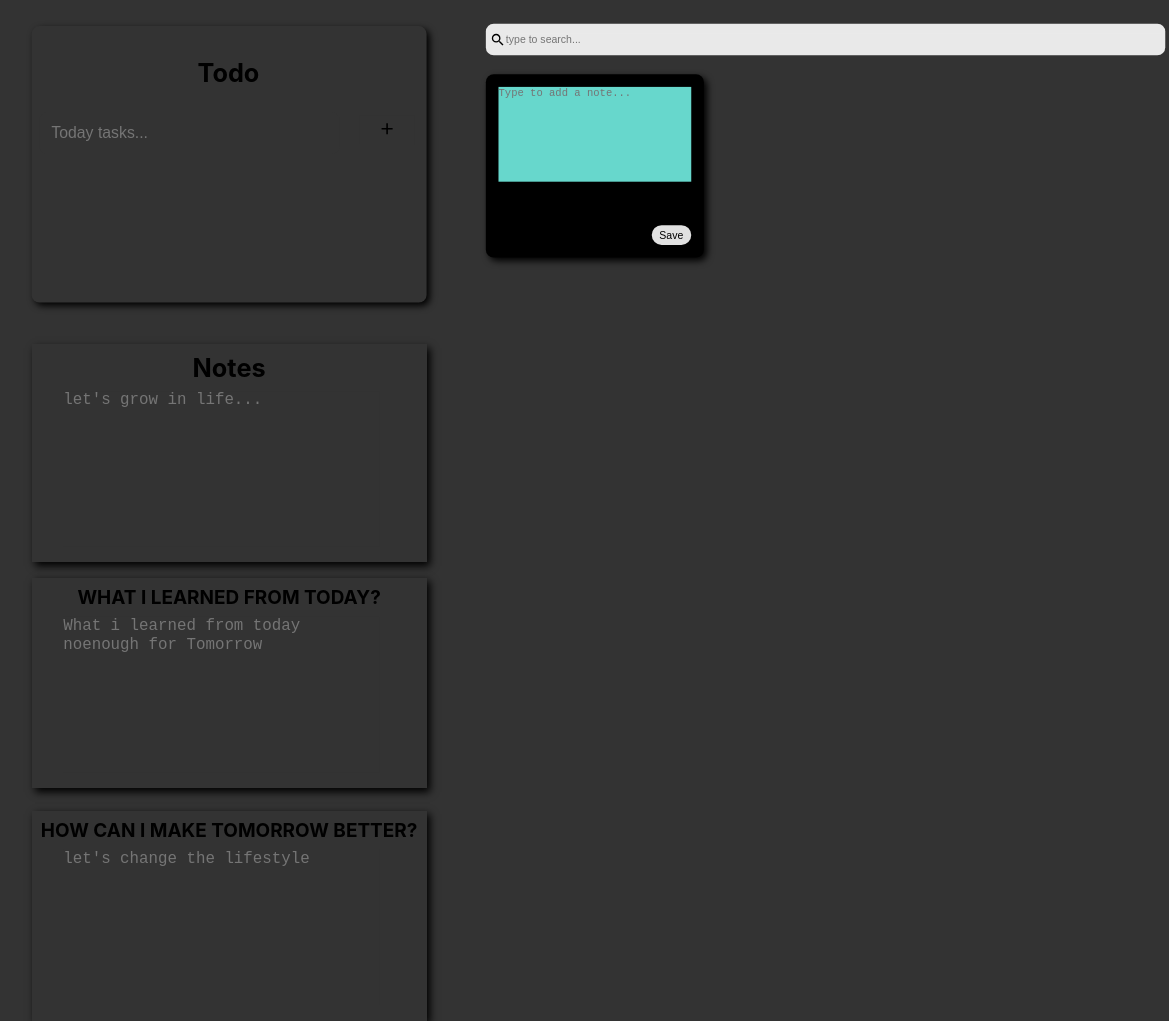
Repository: subhamRsahoo/note
Page: /
The author's editor kept a copy of each file at every save. The page is drawn from the files as they stood at one save, then again after the next save.
The browser window is 1280 px wide. The page is 1480 px wide, so the pictures cover 1480 px, including what lies to the right of the window. The pictures show the whole page, at 79% of full size.
The project was rebuilt for these pictures with package versions that can differ from the ones it lists, and the page was loaded fresh each time. Also part of the build but not shown: src/components/New folder/components/Note.js.

Above is the page before, as saved 2021-07-15 18:10:58.

### public/index.html
<!DOCTYPE html>
<html lang="en">
  <head>
    <meta charset="utf-8" />
    <link rel="icon" href="%PUBLIC_URL%/favicon.ico" />
    <meta name="viewport" content="width=device-width, initial-scale=1" />
    <meta name="theme-color" content="#000000" />
    <meta
      name="description"
      content="Web site created using create-react-app"
    />
    <link rel="apple-touch-icon" href="%PUBLIC_URL%/logo192.png" />
    <link rel="manifest" href="%PUBLIC_URL%/manifest.json" />


    <!-- <link rel="stylesheet" href="https://cdnjs.cloudflare.com/ajax/libs/font-awesome/5.15.3/css/font-awesome.min.css"/> -->

    <!-- <link rel="stylesheet" href="https://bootswatch.com/4/materia/bootstrap.com"/> -->

    <title>React App</title>
  </head>
  <body>
    <noscript>You need to enable JavaScript to run this app.</noscript>
    <div id="root"></div>
  </body>
</html>

### src/App.js
import React from 'react'
import Hub from './components/Hub';
import Hub1 from './components/aaaa/Hub1';
import A from './components/New folder/A';

function App() {
    return (
        <div>
            <Hub/>
            <Hub1/>
            <A/>
        </div>
    )
}

export default App

### src/components/Hub.js
import React , {useState , useEffect}from "react";
import Header from "./Header";
import Form from "./Form";
import TodoList from "./TodoList";
import './App.css';


const Hub = () => {
  const initalState = JSON.parse(localStorage.getItem("todos")) || [];
  const [input ,setInput] = useState("");
  const [todos ,setTodos] = useState(initalState);
  const [editTodo , setEditTodo] = useState(null);

  useEffect(() => {
    localStorage.setItem("todos" , JSON.stringify(todos))
  }, [todos]);
  return (
    <div className="container">
      <div className="app-wrapper">
        <div>
          <Header/>
        </div>
        <div>
          <Form
          input={input}
          setInput={setInput}
          todos={todos}
          setTodos={setTodos}
          editTodo={editTodo}
          setEditTodo={setEditTodo}
          />
        </div>
        <div>
          <TodoList todos={todos} setTodos={setTodos} setEditTodo={setEditTodo}/>
        </div>
      </div>
    </div>

  );
}

export default Hub;

### src/components/aaaa/Hub1.js
import React, { Component } from 'react';
import FormDataComponent from './components/form-data.component';
class  Hub1 extends Component {
  render() {
    return (
      <div >
        <FormDataComponent />
      </div>
    );
  }
}

export default Hub1;

### src/components/New folder/A.js
import React from 'react';
import './index.css';
import App from './App';


function A() {
    return (
        <div>
            <App />
        </div>
    )
}

export default A

### src/components/Header.js
import React from 'react'

function Header() {
    return (
        <div className="header">
            <h1>Todo</h1>
        </div>
    )
}

export default Header

### src/components/Form.js
import React , {useEffect} from 'react'
import {v4 as uuidv4} from "uuid";
import AddIcon from '@material-ui/icons/Add';

 const Form =({input , setInput , todos , setTodos , editTodo , setEditTodo }) => {
     const updateTodo = (title , id, completed) =>
     {
         const newTodo = todos.map((todo)=>

             todo.id === id ? {title,id, completed} : todo
         )
         setTodos(newTodo);
         setEditTodo("");
     }
     useEffect(() =>
     {
         if(editTodo)
         {
             setInput(editTodo.title);
         }else{
             setInput("")
         }
     }, [setInput , editTodo]);

     const onInputChange= (event) =>
     {
       setInput(event.target.value);
     };

     const onFormSubmit = (event) =>
     {
        event.preventDefault();
        if(!editTodo){
            setTodos([...todos , {id:uuidv4(), title: input , completed: false}]);
            setInput("");
        }else{
            updateTodo(input , editTodo.id , editTodo.completed)
        }
     }
    return (
       <form onSubmit={onFormSubmit}>
           <input type="text" placeholder="Today tasks... " className="task-input"
           value={input} required onChange={onInputChange} limit={3}/>
           <button type="submit" className="Add">
            <AddIcon/>
           </button>
       </form>
    )
}

export default Form

### src/components/TodoList.js
import React from 'react'
import DoneIcon from '@material-ui/icons/Done';
import EditIcon from '@material-ui/icons/Edit';
import DeleteIcon from '@material-ui/icons/Delete';

const TodoList = ({todos , setTodos , setEditTodo}) => {

    const handleDelete = ({id}) =>
    {
        setTodos(todos.filter((todo) => todo.id !== id));
    }

    const handleComplete = (todo) =>
    {
        setTodos(
            todos.map((item) => {
                if(item.id === todo.id){
                    return {...item , completed: !item.completed};
                }
                return item
            })
        )
    }

    const handleEdit =({id}) =>{
        const findTodo = todos.find((todo) => todo.id === id);
        setEditTodo(findTodo);
    };
    return (
        <div>
           {todos.map((todo) => (
               <li className="list-item"  key={todo.id}>
                   <input type="text"
                     value={todo.title}
                     className={`list ${todo.completed ? "complete" : "" }`}
                     onChange={(event)=> event.preventDefault()}
                   />
                   <div>
                       <button className="button-complete task-button" onClick={() => handleComplete(todo)}>
                          <i><DoneIcon/></i>
                       </button>
                       <button className="button-edit task-button" onClick={()=> handleEdit(todo)}>
                          <i><EditIcon/></i>
                       </button>
                       <button className="button-delete task-button"  onClick={()=> handleDelete(todo)}>
                          <i><DeleteIcon/></i>
                       </button>
                   </div>
               </li>
           ))}
        </div>
    );
}

export default TodoList;

### src/components/App.css
::-webkit-scrollbar {
  width: 9px;
}
::-webkit-scrollbar-thumb {
  background-color: #a8a8a8;
}
::-webkit-scrollbar-thumb:hover {
  background: #828282;
}
::-webkit-scrollbar-track {
  background: #cccccc;
}

body {
  font-family: -apple-system, BlinkMacSystemFont, 'Segoe UI', 'Roboto', 'Oxygen',
    'Ubuntu', 'Cantarell', 'Fira Sans', 'Droid Sans', 'Helvetica Neue',
    sans-serif;
  -webkit-font-smoothing: antialiased;
  -moz-osx-font-smoothing: grayscale;
  background: #333;
}

code {
  font-family: source-code-pro, Menlo, Monaco, Consolas, 'Courier New',
    monospace;
}


*
{
  margin: 0;
  padding: 0;
}

.container
{
  margin-top: 10px;
  width: 100%;
  min-height: 55vh;
  display: grid;
  justify-content: left;
  /* margin-left: 40px; */
  right: 500px;
  align-items: center;
  position: relative;
  box-sizing: border-box;
  left: 40px;
}

.app-wrapper
{
  background-color: #333;
  width: 500px;
  min-height: 350px;
  padding: 10px;
  box-sizing: border-box;
  border-radius: 10px;
  box-shadow: 4px 4px 10px #000;
  /* margin-bottom: 150px; */

}

.header h1
{
  color: black;
  text-align: left;
  margin: 30px 0;
  margin-left: 200px;
}

.task-input
{
  outline: none;
  width: 350px;
  padding: 15px;
  margin-right: 25px;
  font-size: 20px;
  color: white;
  background-color: #333;
  border: none;
  border-radius: 10px;
}

.task-input:hover
{
  box-shadow: 6px 4px 10px #000;
}

.Add
{
  width: 70px;
  padding: 5px 5px;
  border: 0;
  cursor: pointer;
  border-style: transparent;
  background-color: #333;
}

.Add:hover
{
  border-radius: 10px;
  box-shadow: 6px 4px 10px #000;
}

.list-item
{
  display: flex;
  margin: 20px 0;
  border: none;
  border-radius: 10px;
  padding: 7px;
  max-height: 20px;
}

.list-item:hover
{
  box-shadow: 6px 4px 10px #000;
}

.button-complete,
.button-delete,
.button-edit
{
  border: none;
  outline: none;
  cursor: pointer;
  background-color: transparent;
  font-size: 20px;
  border-radius: 50%;
}

.button-complete
{
  color: #ff6c6c;
  margin-right: 10px;
  margin-left: 70px;
}

.button-edit
{
  color: #e2d029;
  margin-right: 10px;
}

.button-delete
{
  color: lightseagreen;
}

.complete
{
  text-decoration-style: solid;
  text-decoration-line: line-through;
  text-decoration-color: #ff6c6c;
  opacity: 0.6;
}

.list
{
  width: 250px;
  background-color: #333;
  border: none;
  color: wheat;
  font-size: 20px;
  padding-left: 10px;
  margin-right: 15px;
}

input:focus,
button:focus
{
  outline: none;
}

@media screen and (max-width:768px)
{
  .container
  {
    left : 120px;
  }
  .app-wrapper
  {

    min-width: 400px;
    min-height: 260px;
    /* margin-top: 15px; */
  }
}

@media screen and (max-width:540px)
{
  .container
  {
    left: 40px;
  }
}

@media screen and (max-width: 1020px)
{
  .app-wrapper
  {
    min-width: 200px;
    min-height: 260px;
    margin-top: 15px;
  }
}

### src/components/New folder/index.css
body {
	margin: 0;
	font-family: -apple-system, BlinkMacSystemFont, 'Segoe UI',
		'Roboto', 'Oxygen', 'Ubuntu', 'Cantarell', 'Fira Sans',
		'Droid Sans', 'Helvetica Neue', sans-serif;
	-webkit-font-smoothing: antialiased;
	-moz-osx-font-smoothing: grayscale;
}

code {
	font-family: source-code-pro, Menlo, Monaco, Consolas,
		'Courier New', monospace;
}

.header {
	display: flex;
	align-items: center;
	justify-content: space-between;
}


.container1 {
	display: grid;
	width: 850px;
	position: absolute;
	left: 600px;
	bottom: 340px;
	padding-right: 15px;
	padding-left: 15px;
	height: 350px;
	/* background-color:red; */
}

.notes-list {
	display: grid;
	grid-gap: 1rem;
	grid-template-columns: repeat(
		auto-fill,
		minmax(250px, 1fr)
	);
}

.note.new {
	background-color: #000;
	height: 200px;
	margin-bottom: 200px;
	box-shadow: 4px 4px 10px #000;
}

.note.new
{
	box-shadow: 4px 4px 10px #000;
}

textarea {
	border: none;
	resize: none;
	background-color: #67d7cc;
}

textarea:focus {
	outline: none;
}

.save {
	background-color: #e1e1e1;
	border: none;
	border-radius: 15px;
	padding: 5px 10px 5px 10px;
}

.save:hover {
	background-color: #ededed;
	cursor: pointer;
}

.note {
	background-color: #fef68a;
	border-radius: 10px;
	padding: 1rem;
	height: 200px;
	display: flex;
	flex-direction: column;
	justify-content: space-between;
	white-space: pre-wrap;
}

.note:hover
{
	box-shadow: 4px 4px 10px aqua;
}

.note-footer {
	display: flex;
	align-items: center;
	justify-content: space-between;
}

.delete-icon {
	cursor: pointer;
}

.search {
	display: flex;
	align-items: center;
	background-color: rgb(233, 233, 233);
	width: 850px;
	height: 30px;
	border-radius: 10px;
	padding: 5px;
	margin-bottom: 1.5em;
}

.search input {
	border: none;
	background-color: rgb(233, 233, 233);
	width: 100%;
}

.search input:focus {
	outline: none;
}

### src/components/New folder/App.js
import { useState, useEffect } from 'react';
import { nanoid } from 'nanoid';
import NotesList from './components/NotesList';
import Search from './components/Search';

const App = () => {
	const [notes, setNotes] = useState([
		// {
		// 	id: nanoid(),
		// 	text: 'This is my first note!',
		// 	date: '15/04/2021',
		// },
		// {
		// 	id: nanoid(),
		// 	text: 'This is my second note!',
		// 	date: '21/04/2021',
		// },
		// {
		// 	id: nanoid(),
		// 	text: 'This is my third note!',
		// 	date: '28/04/2021',
		// },
		// {
		// 	id: nanoid(),
		// 	text: 'This is my new note!',
		// 	date: '30/04/2021',
		// },
	]);

	const [searchText, setSearchText] = useState('');

	useEffect(() => {
		const savedNotes = JSON.parse(
			localStorage.getItem('react-notes-app-data')
		);

		if (savedNotes) {
			setNotes(savedNotes);
		}
	}, []);

	useEffect(() => {
		localStorage.setItem(
			'react-notes-app-data',
			JSON.stringify(notes)
		);
	}, [notes]);

	const addNote = (text) => {
		const date = new Date();
		const newNote = {
			id: nanoid(),
			text: text,
			date: date.toLocaleDateString(),
		};
		const newNotes = [...notes, newNote];
		setNotes(newNotes);
	};

	const deleteNote = (id) => {
		const newNotes = notes.filter((note) => note.id !== id);
		setNotes(newNotes);
	};

	return (
		<div >
			<div className='container1'>
				<Search handleSearchNote={setSearchText} />
				<NotesList
					notes={notes.filter((note) =>
						note.text.toLowerCase().includes(searchText)
					)}
					handleAddNote={addNote}
					handleDeleteNote={deleteNote}
				/>
			</div>
		</div>
	);
};

export default App;

### src/components/aaaa/components/design.css
.form
{
    width: 100%;
    height: 250px;
    display: grid;
    margin: 0;
    padding: 0;
}


.contain
{
    display: grid;
    width: 500px;
    left: 40px;
    top: 30px;
    bottom: 10px;
    box-shadow: 4px 4px 10px #000;
    position: relative;
    box-sizing: border-box;

}

.text1
{
    margin-top: 10px;
   width: 400px;
   height: 197px;
   margin-left: 40px;
   background-color: #333;
   border-style: none;
   color: white;
   border-style: none;
   font-size: 20px;
   margin-bottom: 20px;
}

.text1:hover
{
    box-shadow: 4px 4px 10px #000;
}

.contain h1
{
    margin-top: 10px;
   text-align: center;
}

/* .btn1
{
    background-color: #333;
    margin-left: 70px;
    text-decoration-color: white;
    border-style: none;
    color: white;
    cursor: pointer;
    margin-bottom: 10px;
    padding: 8px 8px;
    border-radius: 10px;
}

.btn1:hover
{
    box-shadow: 4px 4px 10px #000;
    padding: 8px 8px;
} */


.contain1
{
    width: 500px;
    top: 50px;
    left: 40px;
    box-shadow: 4px 4px 10px #000;
    position: relative;
    box-sizing: content-box;
    display: grid;
}

.text2
{
    margin-top: 10px;
    width: 400px;
    height: 197px;
    margin-left: 40px;
    background-color: #333;
    border-style: none;
    color: white;
    border-style: none;
    font-size: 20px;
    margin-bottom: 20px;
}

.text2:hover
{
    box-shadow: 4px 4px 10px #000;
}


.contain1 h2
{
    margin-top: 10px;
   text-align: center;
}

/* .btn2
{
    background-color: #333;
    margin-left: 70px;
    text-decoration-color: white;
    border-style: none;
    color: white;
    cursor: pointer;
    margin-bottom: 10px;
    padding: 8px 8px;
    border-radius: 10px;
}

.btn2:hover
{
    box-shadow: 4px 4px 10px #000;
    padding: 8px 8px;
} */

.contain2
{
   width: 500px;
    margin-top: 620px;
    margin-left: 40px;
    /* bottom: 630px; */
    box-shadow: 4px 4px 10px #000;
    position: absolute;
    box-sizing:border-box;
    display: grid;
}

.text3
{
    margin-top: 10px;
    width: 400px;
    height: 197px;
    margin-left: 40px;
    background-color: #333;
    border-style: none;
    color: white;
    border-style: none;
    font-size: 20px;
    margin-bottom: 20px;
}

.text3:hover
{
    box-shadow: 4px 4px 10px #000;
}


.contain2 h2
{
    margin-top: 10px;
   text-align: center;
}

/* .btn3
{
    background-color: #333;
    margin-left: 70px;
    text-decoration-color: white;
    border-style: none;
    color: white;
    cursor: pointer;
    margin-bottom: 10px;
    padding: 8px 8px;
    border-radius: 10px;
}

.btn3:hover
{
    box-shadow: 4px 4px 10px #000;
    padding: 8px 8px;
} */

@media screen and (max-width:768px)
{
    .contain
    {
        left: 80px;
    }
    .contain1
    {
        left: 80px;
    }
    .contain2
    {
        left: 80px;
    }
}

@media screen and (max-width: 540px)
{
    .contain
    {
        left: 0;
    }
    .contain1
    {
        left: 0px;
    }
    .contain2
    {
        left: 0px;
    }
}

### src/components/New folder/components/AddNote.js
import { useState } from 'react';

const AddNote = ({ handleAddNote }) => {
	const [noteText, setNoteText] = useState('');
	const characterLimit = 200;

	const handleChange = (event) => {
		if (characterLimit - event.target.value.length >= 0) {
			setNoteText(event.target.value);
		}
	};

	const handleSaveClick = () => {
		if (noteText.trim().length > 0) {
			handleAddNote(noteText);
			setNoteText('');
		}
	};

	return (
		<div className='note new'>
			<textarea
				rows='8'
				cols='10'
				placeholder='Type to add a note...'
				value={noteText}
				onChange={handleChange}
			></textarea>
			<div className='note-footer'>
				<small>
					{characterLimit - noteText.length} Remaining
				</small>
				<button className='save' onClick={handleSaveClick}>
					Save
				</button>
			</div>
		</div>
	);
};

export default AddNote;

Loaded but not shown: src/index.js (common file); src/components/New folder/components/NotesList.js (common file); src/components/New folder/components/Search.js (common file); src/components/aaaa/components/form-data.component.js (90 lines, source omitted)

After the next save:
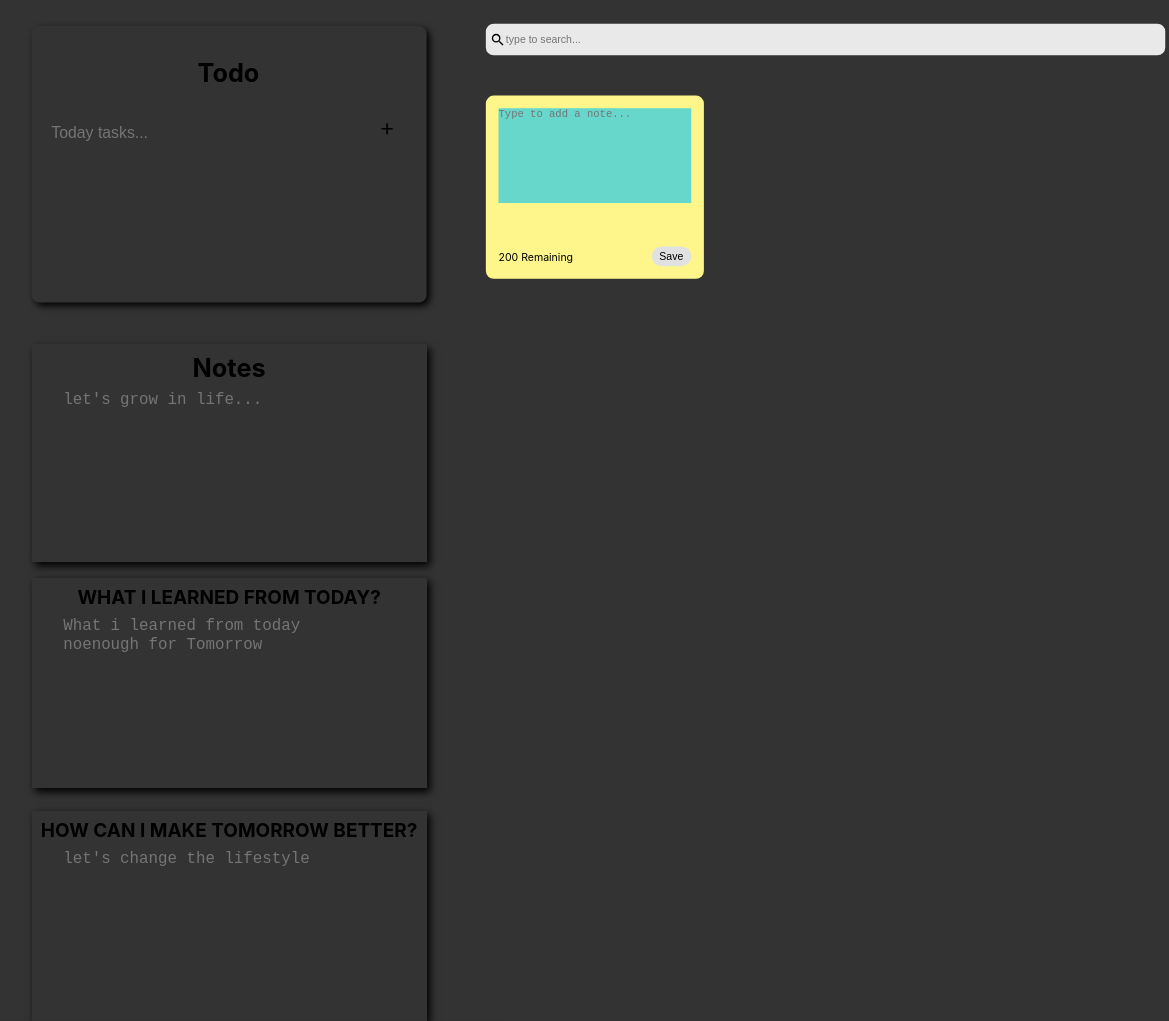
Saved 34 s later.
--- a/src/components/New folder/index.css
+++ b/src/components/New folder/index.css
@@ -40,14 +40,14 @@
 	);
 }
 
-.note.new {
+.note-new {
 	background-color: #000;
 	height: 200px;
 	margin-bottom: 200px;
 	box-shadow: 4px 4px 10px #000;
 }
 
-.note.new
+.note.new:hover
 {
 	box-shadow: 4px 4px 10px #000;
 }

After the save that followed:
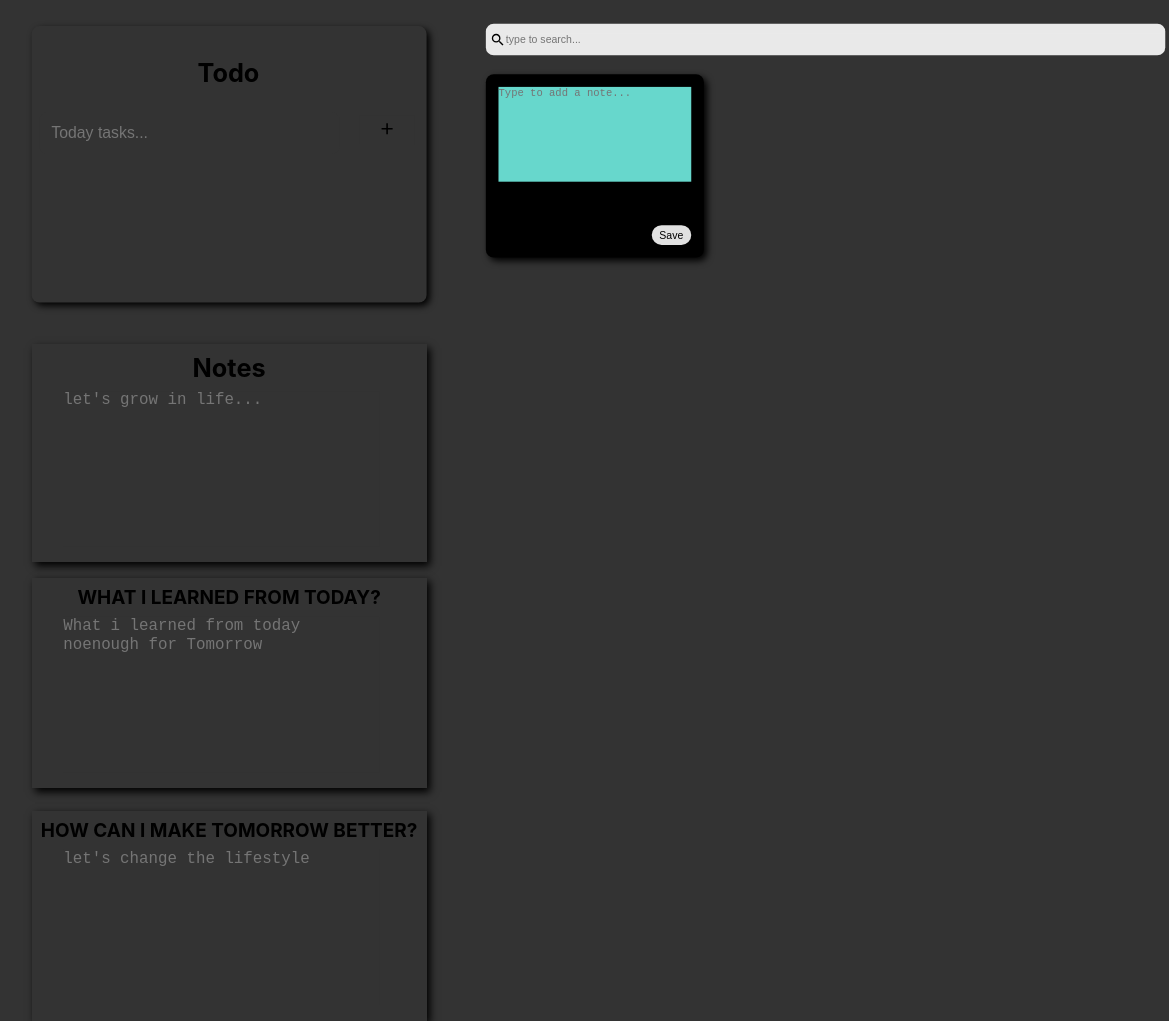
Saved 13 s later.
--- a/src/components/New folder/index.css
+++ b/src/components/New folder/index.css
@@ -40,7 +40,7 @@
 	);
 }
 
-.note-new {
+.note.new {
 	background-color: #000;
 	height: 200px;
 	margin-bottom: 200px;
